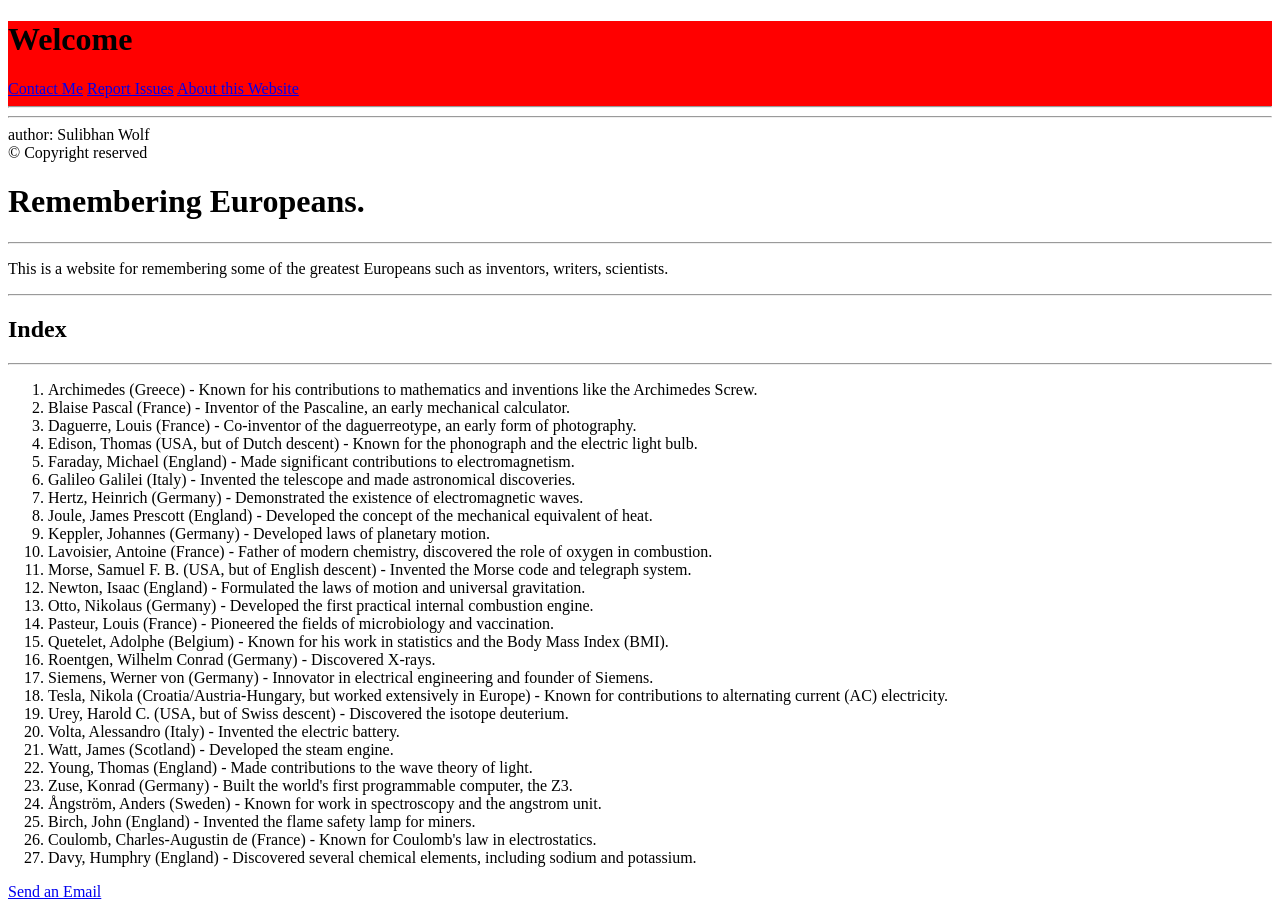
Repository: tomahawk2811/europe-website
Page: index.html
An editor plug-in stored every save of this project. The page is shown before and after the next save, followed by the edit.
The browser window is 1280 px wide. The pictures show the whole page.
Some web fonts or font styles are not loaded; a fallback is used.

Above is the page before, as saved 2023-09-06 18:05:44.

### index.html
<!DOCTYPE html>
<html lang="eng">
<head>
    <meta charset="UTF-8">
    <title>Remembering the most popular figures from Europe.</title>
    <link rel="preconnect" href="https://fonts.googleapis.com">
    <link rel="preconnect" href="https://fonts.gstatic.com" crossorigin>
    <link href="https://fonts.googleapis.com/css2?family=Atkinson+Hyperlegible:ital@1&display=swap" rel="stylesheet">
</head>
<body>
    <header style="background-color:rgb(255, 0, 0)">
        <h1>Welcome</h1>
        <a href="Contact Me">Contact Me</a>
        <a href="Report Issues">Report Issues</a>
        <a href="About this Website">About this Website</a>
        <hr>
    </header>

    <footer>
        <hr>
        author: Sulibhan Wolf<br>
        &copy; Copyright reserved<br>
    </footer>

    <h1>Remembering Europeans.</h1>
    <hr>
    <p>
        This is a website for remembering some of the greatest Europeans such as inventors, writers, scientists.
    </p>
    <hr>

    <div class="box" id="box1">
        <h2>Index</h2>
        <hr>
        <ol>
                <li>Archimedes (Greece) - Known for his contributions to mathematics and inventions like the Archimedes Screw.</li>
                <li>Blaise Pascal (France) - Inventor of the Pascaline, an early mechanical calculator.</li>
                <li>Daguerre, Louis (France) - Co-inventor of the daguerreotype, an early form of photography.</li>
                <li>Edison, Thomas (USA, but of Dutch descent) - Known for the phonograph and the electric light bulb.</li>
                <li>Faraday, Michael (England) - Made significant contributions to electromagnetism.</li>
                <li>Galileo Galilei (Italy) - Invented the telescope and made astronomical discoveries.</li>
                <li>Hertz, Heinrich (Germany) - Demonstrated the existence of electromagnetic waves.</li>
                <li>Joule, James Prescott (England) - Developed the concept of the mechanical equivalent of heat.</li>
                <li>Keppler, Johannes (Germany) - Developed laws of planetary motion.</li>
                <li>Lavoisier, Antoine (France) - Father of modern chemistry, discovered the role of oxygen in combustion.</li>
                <li>Morse, Samuel F. B. (USA, but of English descent) - Invented the Morse code and telegraph system.</li>
                <li>Newton, Isaac (England) - Formulated the laws of motion and universal gravitation.</li>
                <li>Otto, Nikolaus (Germany) - Developed the first practical internal combustion engine.</li>
                <li>Pasteur, Louis (France) - Pioneered the fields of microbiology and vaccination.</li>
                <li>Quetelet, Adolphe (Belgium) - Known for his work in statistics and the Body Mass Index (BMI).</li>
                <li>Roentgen, Wilhelm Conrad (Germany) - Discovered X-rays.</li>
                <li>Siemens, Werner von (Germany) - Innovator in electrical engineering and founder of Siemens.</li>
                <li>Tesla, Nikola (Croatia/Austria-Hungary, but worked extensively in Europe) - Known for contributions to alternating current (AC) electricity.</li>
                <li>Urey, Harold C. (USA, but of Swiss descent) - Discovered the isotope deuterium.</li>
                <li>Volta, Alessandro (Italy) - Invented the electric battery.</li>
                <li>Watt, James (Scotland) - Developed the steam engine.</li>
                <li>Young, Thomas (England) - Made contributions to the wave theory of light.</li>
                <li>Zuse, Konrad (Germany) - Built the world's first programmable computer, the Z3.</li>
                <li>Ångström, Anders (Sweden) - Known for work in spectroscopy and the angstrom unit.</li>
                <li>Birch, John (England) - Invented the flame safety lamp for miners.</li>
                <li>Coulomb, Charles-Augustin de (France) - Known for Coulomb's law in electrostatics.</li>
                <li>Davy, Humphry (England) - Discovered several chemical elements, including sodium and potassium.</li>
            </li>
        </ol>
    </div>

    <a href="mailto:sulibhanwolf88@gmail.com">Send an Email</a>
</body>
</html>

After the next save:
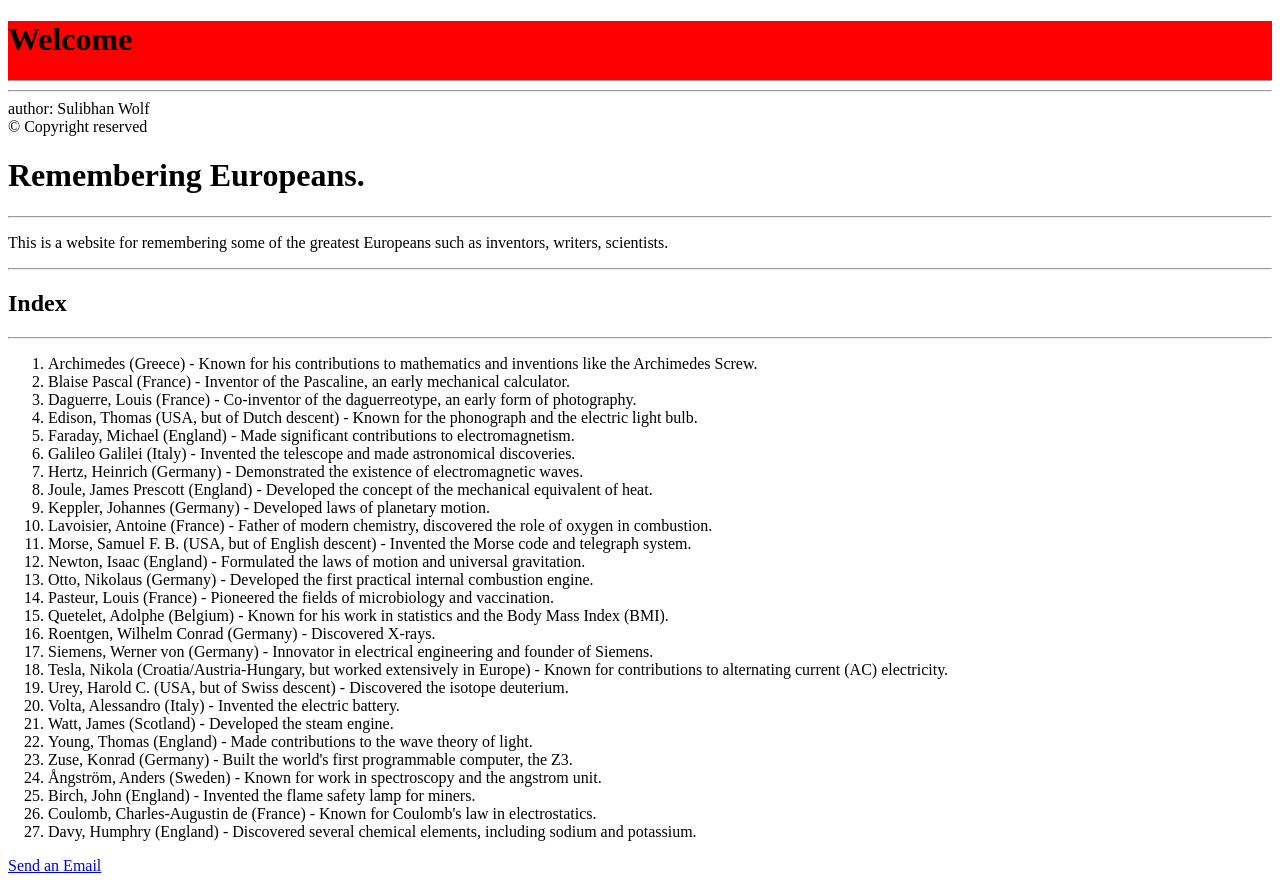
Saved 22 s later.
--- a/index.html
+++ b/index.html
@@ -10,9 +10,6 @@
 <body>
     <header style="background-color:rgb(255, 0, 0)">
         <h1>Welcome</h1>
-        <a href="Contact Me">Contact Me</a>
-        <a href="Report Issues">Report Issues</a>
-        <a href="About this Website">About this Website</a>
         <hr>
     </header>
 
